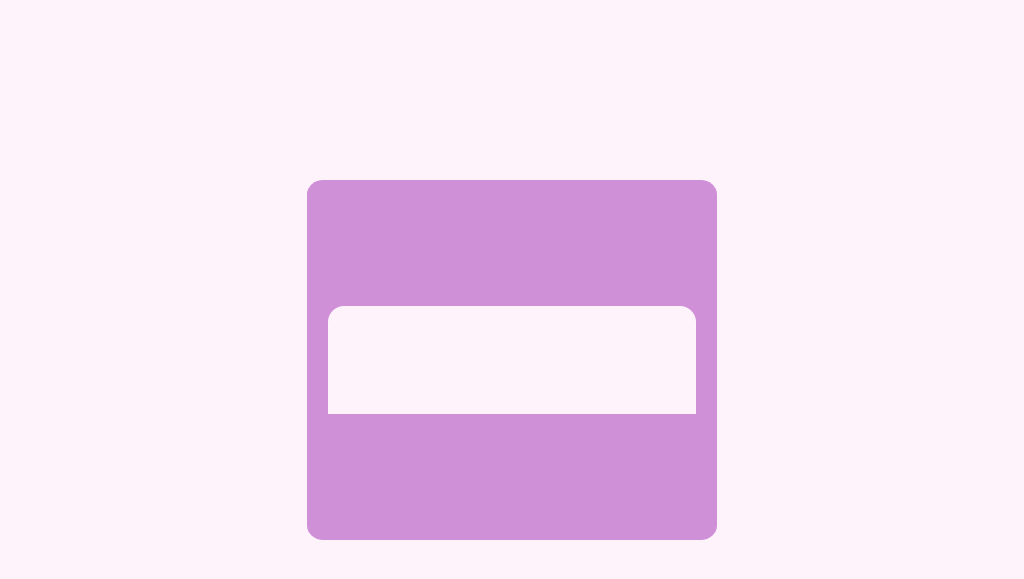
Repository: 2001mariana/Calculator_react
Page: /
The author's editor kept a copy of each file at every save. The page is drawn from the files as they stood at one save, then again after a run of saves.
The browser window is 1024 px wide. The pictures show the whole page.
The project was rebuilt for these pictures with package versions that can differ from the ones it lists, and the page was loaded fresh each time.

Above is the page before, as saved 2023-02-06 17:24:47.

### src/index.tsx
import React from "react";
import ReactDOM from "react-dom/client";

import App from "./App";
import reportWebVitals from "./reportWebVitals";

import "./index.css";

const root = ReactDOM.createRoot(
  document.getElementById("root") as HTMLElement
);
root.render(
  <React.StrictMode>
    <App />
  </React.StrictMode>
);

reportWebVitals();

### src/App.tsx
import "./App.css";

function App() {
  return (
    <div className="Calculator">
      <div className="Calculator__body">
        <div className="Calculator__screen"></div>
      </div>
    </div>
  );
}

export default App;

### src/App.css
.Calculator {
  background-color: #FEF3FB;
  height: 100vh;
  display: flex;
  justify-content: center;
  align-items: center;
}

.Calculator__body {
  height: 50vh;
  width: 40vw;
  border-radius: 4%;
  background-color: #CF90D8;
  display: flex;
  flex-direction: column;
  justify-content: center;
  align-items: center;
}

.Calculator__screen {
  background-color: #FEF3FB;
  height: 30%;
  width: 90%;
  border-radius: 16px 16px 0 0;
}

@media (max-width: 1100px) {
  .Calculator__body {
      height: 50vh;
      width: 40vw;
      border-radius: 4%;
      background-color: #CF90D8;
      display: flex;
      flex-direction: column;
      justify-content: center;
      align-items: center;
    }
}

Loaded but not shown: public/index.html (common file); src/reportWebVitals.ts (common file); src/index.css (common file)

After the next 9 saves:
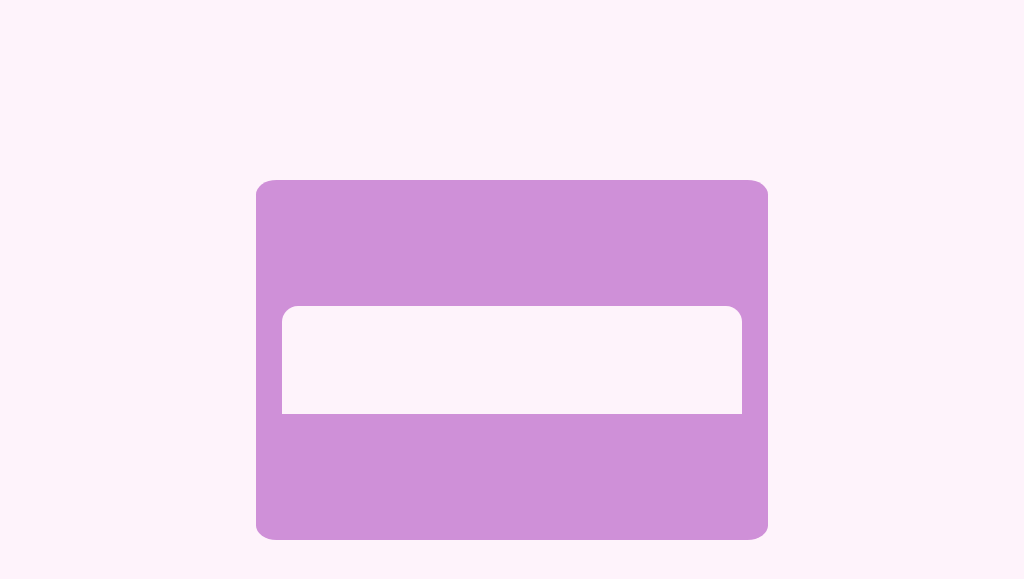
The 9 saves are shown as one change because they came seconds apart.
The last was saved 21 s later.
--- a/src/App.css
+++ b/src/App.css
@@ -26,13 +26,6 @@
 
 @media (max-width: 1100px) {
   .Calculator__body {
-      height: 50vh;
-      width: 40vw;
-      border-radius: 4%;
-      background-color: #CF90D8;
-      display: flex;
-      flex-direction: column;
-      justify-content: center;
-      align-items: center;
-    }
+    width: 50vw;
+  }
 }
